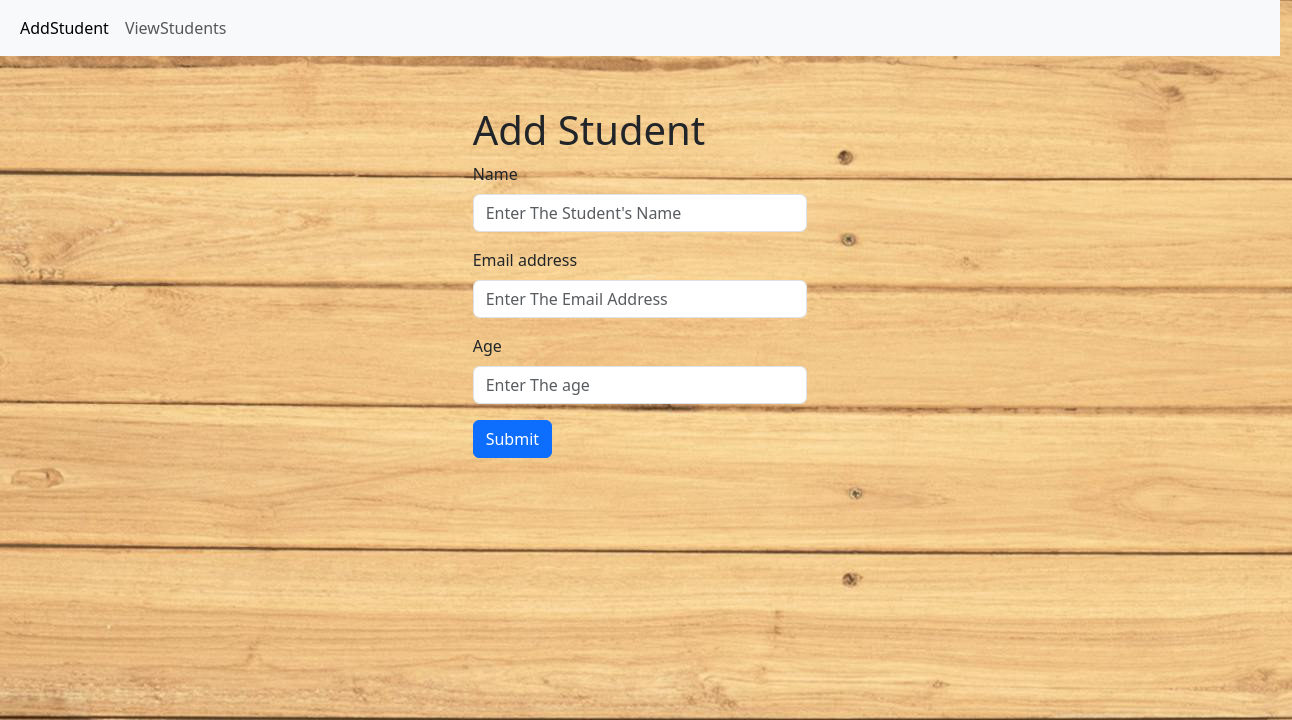
Repository: Manojs14/StudentManagementSystem
Page: http://localhost/Crud_form/
An editor plug-in stored every save of this project. The page is shown before and after the next save, followed by the edit.
The browser window is 1280 px wide. The page is 1292 px wide, so the pictures cover 1292 px, including what lies to the right of the window. The pictures show the whole page.
The page is served by Tomcat 9. Nobody is signed in. The application's start-up code is not run. Other server files are loaded and not shown.

Above is the page before, as saved 2024-07-11 08:47:37.

### Crud_form/src/main/webapp/index.jsp
<%@ page language="java" contentType="text/html; charset=UTF-8"
    pageEncoding="UTF-8"%>
<!DOCTYPE html>
<html>
<head>
<meta charset="UTF-8">
<title>The Student Form</title>
<link href="https://cdn.jsdelivr.net/npm/bootstrap@5.3.2/dist/css/bootstrap.min.css" rel="stylesheet" integrity="sha384-T3c6CoIi6uLrA9TneNEoa7RxnatzjcDSCmG1MXxSR1GAsXEV/Dwwykc2MPK8M2HN" crossorigin="anonymous">
</head>
<style>
body{
background-image: url("image/pexels-fwstudio-33348-129731.jpg");
}

</style>
<body>





<!-- nav bar to navigate from addpage to viewpage -->
	<nav class="navbar navbar-expand-lg bg-body-tertiary">
		<div class="container-fluid">

			<div class="collapse navbar-collapse" id="navbarNav">
				<ul class="navbar-nav">
					<li class="nav-item"><a class="nav-link active"
						aria-current="page" href="index.jsp">AddStudent</a></li>
					<li class="nav-item"><a class="nav-link" href="ReadServlet">ViewStudents</a>
					</li>
				</ul>
			</div>
		</div>
	</nav>




<!-- Form which uses bootstrap rows and colm for form placement -->
 <div class="row">
    <div class="col-4">
    </div>
    <div class="col-4" style="padding:50px">
        <h1 style="">Add Student</h1>


        <!-- form is mapped to createservlet using @WebServlet -->
     <form action="CreateServlet" method="post">
  <div class="mb-3">
    <label for="username" class="form-label">Name </label>
    <input type="text" class="form-control" id="name1" name="name" aria-describedby="text" placeholder="Enter The Student's Name" required>
  </div>
   <div class="mb-3">
    <label for="exampleInputEmail1" class="form-label">Email address</label>
    <input type="email" class="form-control" name="email" required id="email" aria-describedby="emailHelp" placeholder="Enter The Email Address" required>
  </div>
  <div class="mb-3">
    <label for="number" class="form-label">Age</label>
    <input type="number" class="form-control" name="age" required id="age" placeholder="Enter The age" required>
  </div>
  <button type="submit" class="btn btn-primary">Submit</button>
</form>
</div>
</div>







 <script src="https://cdn.jsdelivr.net/npm/@popperjs/core@2.11.8/dist/umd/popper.min.js" integrity="sha384-I7E8VVD/ismYTF4hNIPjVp/Zjvgyol6VFvRkX/vR+Vc4jQkC+hVqc2pM8ODewa9r" crossorigin="anonymous"></script>
<script src="https://cdn.jsdelivr.net/npm/bootstrap@5.3.2/dist/js/bootstrap.min.js" integrity="sha384-BBtl+eGJRgqQAUMxJ7pMwbEyER4l1g+O15P+16Ep7Q9Q+zqX6gSbd85u4mG4QzX+" crossorigin="anonymous"></script>

</body>

After the next save:
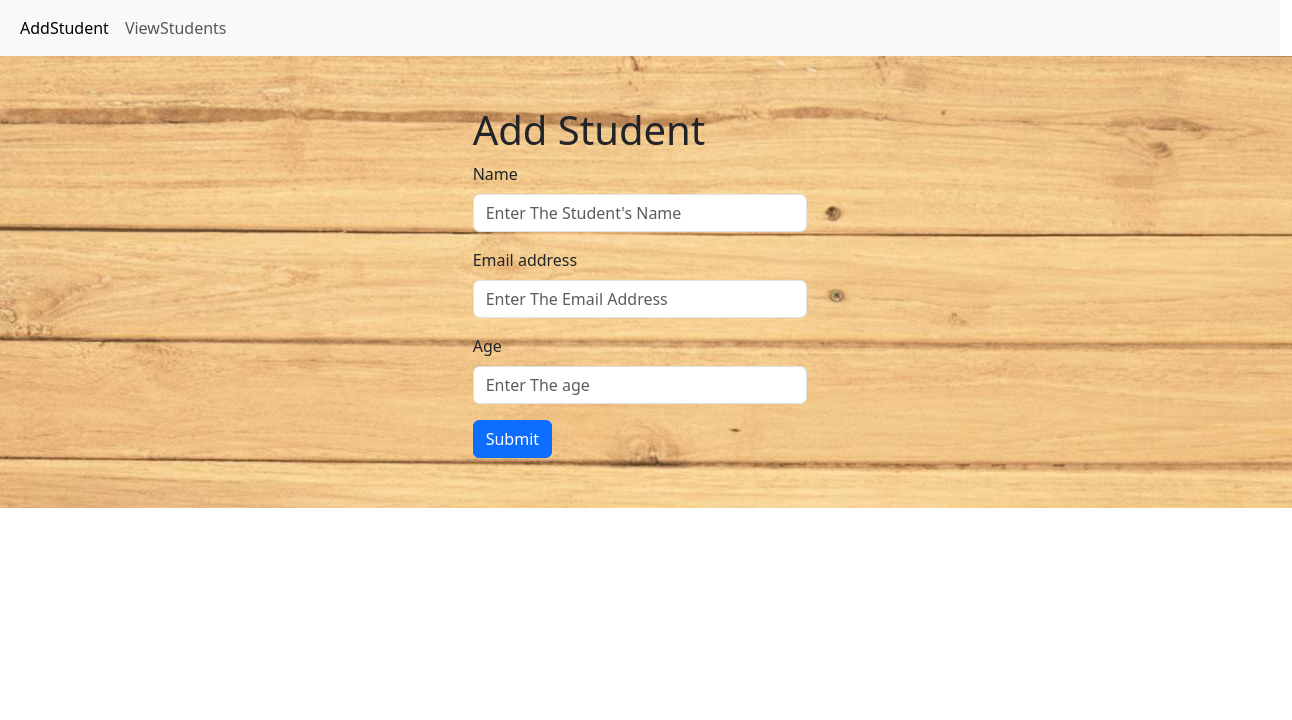
Saved 24 s later.
--- a/Crud_form/src/main/webapp/index.jsp
+++ b/Crud_form/src/main/webapp/index.jsp
@@ -8,7 +8,7 @@
 <link href="https://cdn.jsdelivr.net/npm/bootstrap@5.3.2/dist/css/bootstrap.min.css" rel="stylesheet" integrity="sha384-T3c6CoIi6uLrA9TneNEoa7RxnatzjcDSCmG1MXxSR1GAsXEV/Dwwykc2MPK8M2HN" crossorigin="anonymous">
 </head>
 <style>
-body{
+.row{
 background-image: url("image/pexels-fwstudio-33348-129731.jpg");
 }
 
